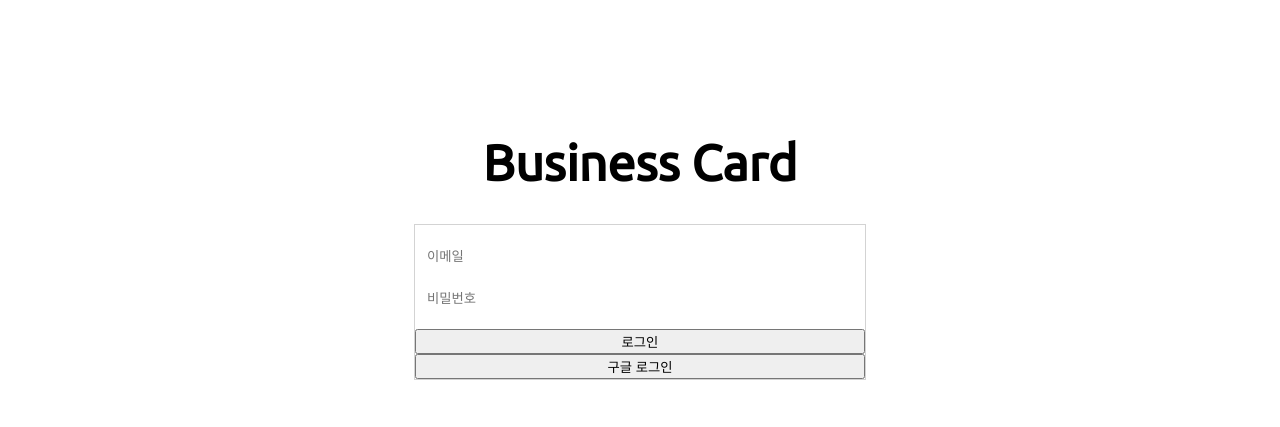
Repository: momo0170/react_businesscard
Page: /login
The author's editor kept a copy of each file at every save. The page is drawn from the files as they stood at one save, then again after a run of saves.
The browser window is 1280 px wide. The pictures show the whole page.
The page's requests for data from a server got no answer. The project was rebuilt for these pictures with package versions that can differ from the ones it lists, and the page was loaded fresh each time. No one was signed in, and anything a server would have sent is missing.

Above is the page before, as saved 2022-08-10 19:46:49.

After the next 2 saves:
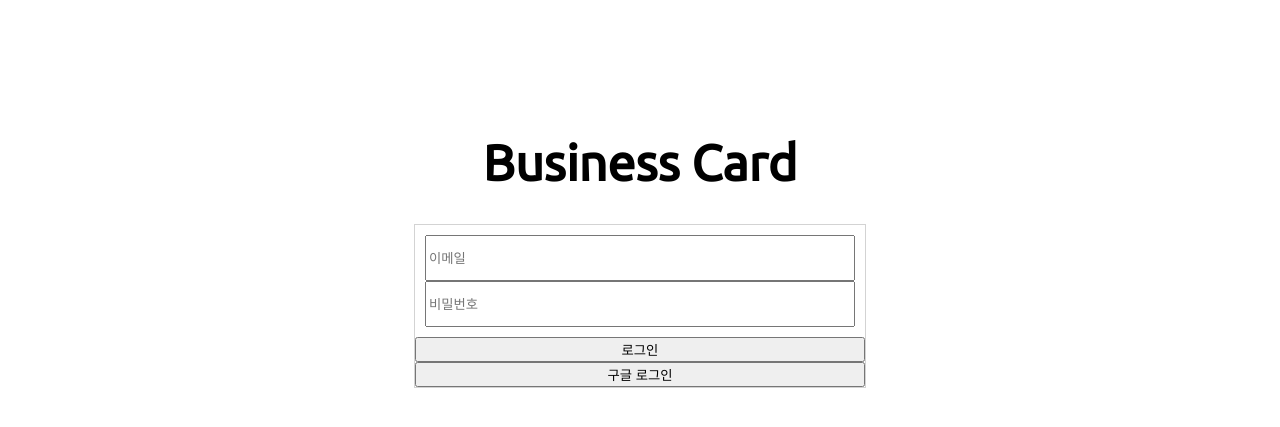
The 2 saves are shown as one change because they came seconds apart.
The last was saved 9 s later.
--- a/src/css/login.module.css
+++ b/src/css/login.module.css
@@ -26,11 +26,10 @@
 .password {
   height: 40px;
   outline: 0;
-  border: 0;
 }
 
 .id {
-  border-bottom: none;
+  /* border-bottom: none; */
 }
 
 .login {
